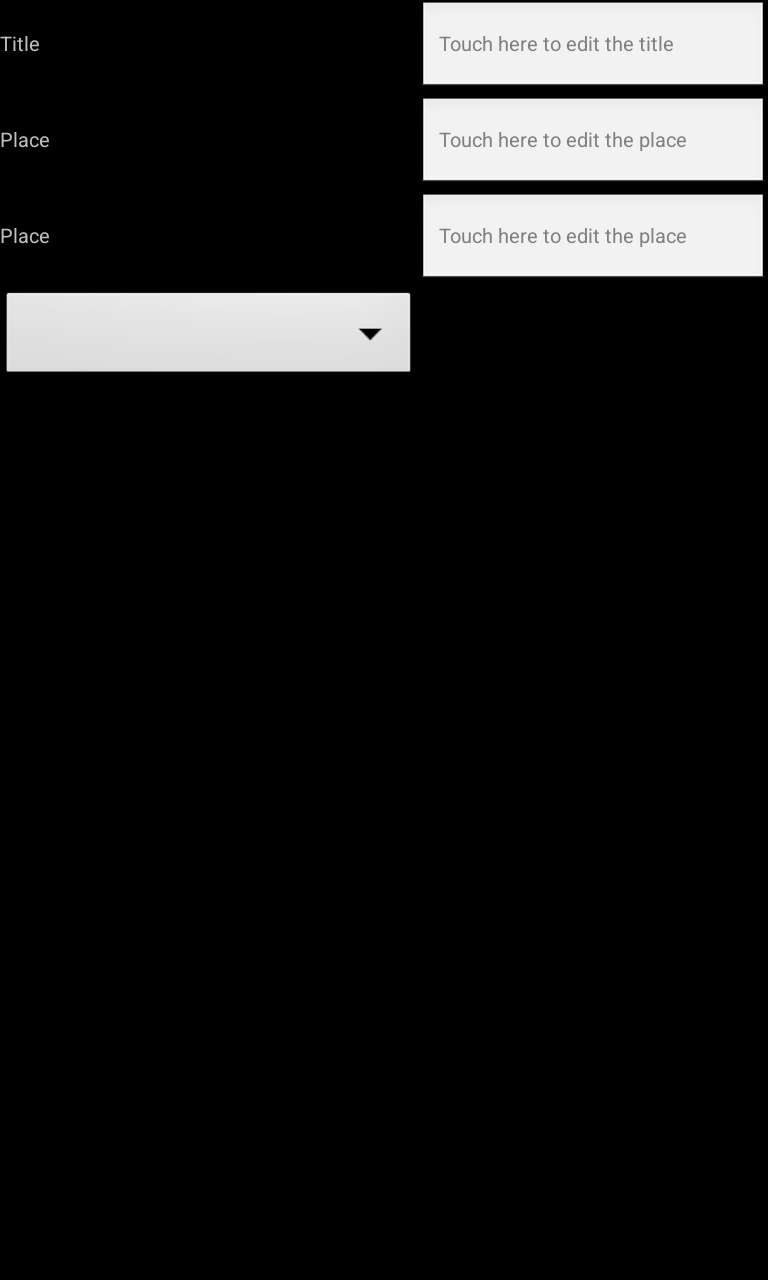
Repository: hilfialkaff/todo
Layout: ToDo_Replica/res/layout/add.xml
An editor plug-in stored every save of this project. The layout is shown before and after the next save, followed by the edit.
It is drawn on a 768 x 1280 px phone screen (xhdpi) without system bars, with theme CustomTheme; the app's code is not run.

Above is the layout before, as saved 2011-03-18 01:34:54.

### ToDo_Replica/res/layout/add.xml
<?xml version="1.0" encoding="utf-8"?>
<LinearLayout xmlns:android="http://schemas.android.com/apk/res/android"
    android:layout_width="fill_parent"
    android:layout_height="fill_parent">
<ScrollView
android:id="@+id/sc_timeline"
android:layout_width="wrap_content"
android:layout_height="wrap_content"
android:scrollbars="vertical"
>
<TableLayout
	android:id="@+id/tl_add"
	android:layout_width="fill_parent"
	android:layout_height="wrap_content"
	android:stretchColumns="0">
	<TableRow
		android:id="@+id/tr_title"
		android:layout_width="fill_parent"
		android:layout_height="wrap_content">
		<TextView
			android:id="@+id/tv_title"
			android:layout_width="wrap_content"
			android:layout_height="wrap_content"
			android:text="Title"
			android:textSize="20px">
		</TextView>
		<EditText
			android:id="@+id/et_title"
			android:layout_width="350px"
			android:layout_height="wrap_content"
			android:hint="Touch here to edit the title"
			android:textSize="20px">
		</EditText>
	</TableRow>
	<TableRow
		android:id="@+id/tr_place"
		android:layout_width="fill_parent"
		android:layout_height="wrap_content">
		<TextView
			android:id="@+id/tv_place"
			android:layout_width="wrap_content"
			android:layout_height="wrap_content"
			android:text="Place"
			android:textSize="20px">
		</TextView>
		<EditText
			android:id="@+id/et_place"
			android:layout_width="350px"
			android:layout_height="wrap_content"
			android:hint="Touch here to edit the place"
			android:textSize="20px">
		</EditText>
	</TableRow>
	<TableRow
		android:id="@+id/tr_place"
		android:layout_width="fill_parent"
		android:layout_height="wrap_content">
		<TextView
			android:id="@+id/tv_place"
			android:layout_width="wrap_content"
			android:layout_height="wrap_content"
			android:text="Place"
			android:textSize="20px">
		</TextView>
		<EditText
			android:id="@+id/et_place"
			android:layout_width="350px"
			android:layout_height="wrap_content"
			android:hint="Touch here to edit the place"
			android:textSize="20px">
		</EditText>
	</TableRow>
	<TableRow
		android:id="@+id/tr_status"
		android:layout_width="fill_parent"
		android:layout_height="wrap_content">
		<Spinner
			android:id="@+id/s_status"
			android:layout_width="350px"
			android:layout_height="wrap_content">
		</Spinner>
	</TableRow>
</TableLayout>
</ScrollView>
</LinearLayout>

### ToDo_Replica/res/values/custom_style.xml
<?xml version="1.0" encoding="UTF-8"?>
<resources>
    <style name="CustomWindowTitleBackground" parent="android:WindowTitleBackground">
        <item name="android:background">@android:color/transparent</item>
    </style>
    <style name="CustomTheme" parent="android:Theme">
        <item name="android:windowTitleSize">50px</item>
        <item name="android:windowTitleBackgroundStyle">@style/CustomWindowTitleBackground</item>
    </style>
</resources>

After the next save:
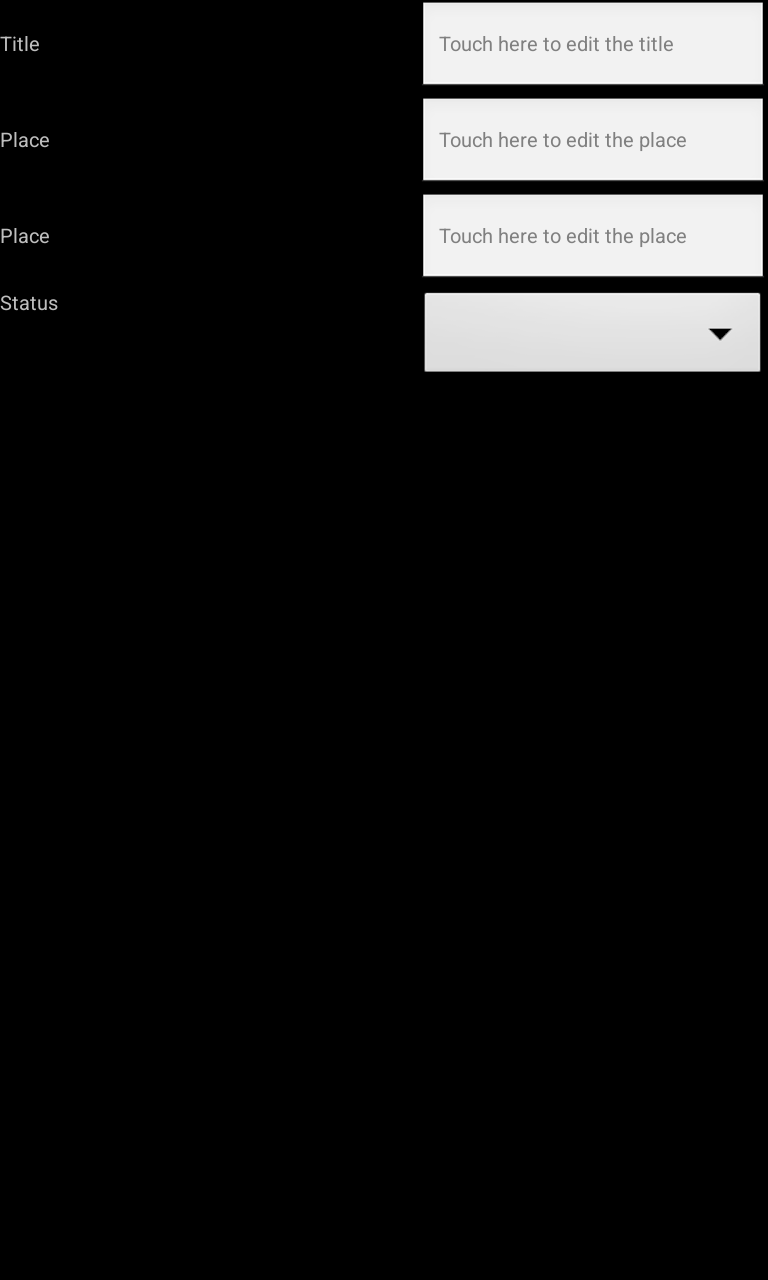
Saved 27 s later.
--- a/ToDo_Replica/res/layout/add.xml
+++ b/ToDo_Replica/res/layout/add.xml
@@ -74,6 +74,13 @@ android:scrollbars="vertical"
 		android:id="@+id/tr_status"
 		android:layout_width="fill_parent"
 		android:layout_height="wrap_content">
+		<TextView
+			android:id="@+id/tv_status"
+			android:layout_width="wrap_content"
+			android:layout_height="wrap_content"
+			android:text="Status"
+			android:textSize="20px">
+		</TextView>
 		<Spinner
 			android:id="@+id/s_status"
 			android:layout_width="350px"
